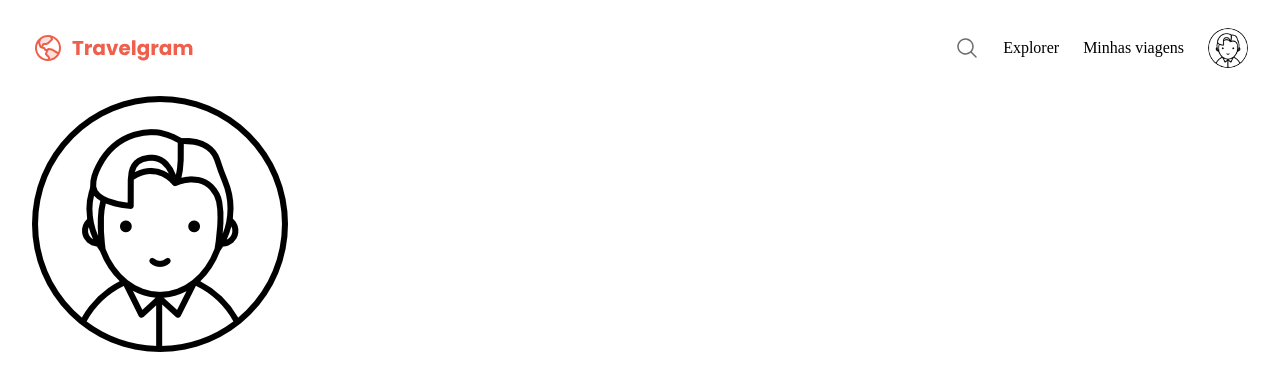
Repository: JeffRodFer/projeto-Travelgran-Rockeseat
Page: index.html
The author's editor kept a copy of each file at every save. The page is drawn from the files as they stood at one save, then again after the next save.
The browser window is 1280 px wide. The pictures show the whole page.

Above is the page before, as saved 2025-03-22 14:20:22.

After the next save:
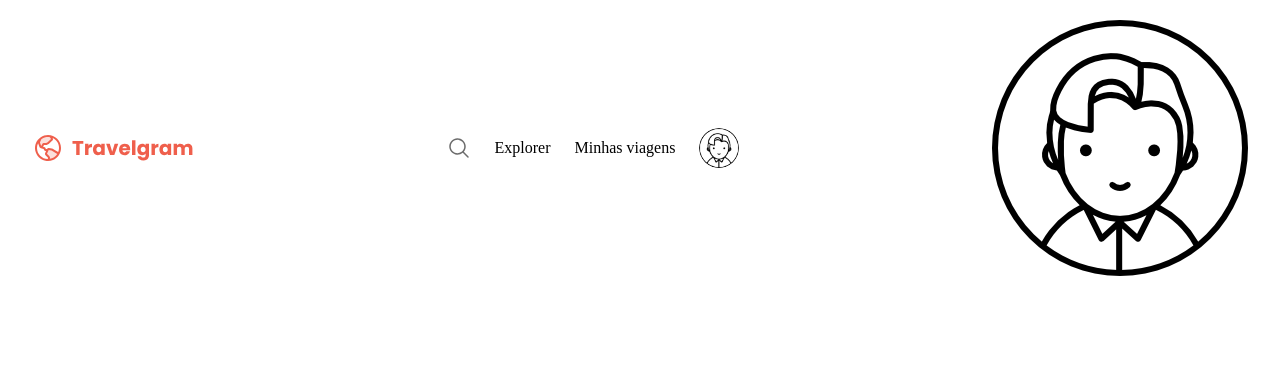
Saved 2 min 15 s later.
--- a/index.html
+++ b/index.html
@@ -31,14 +31,13 @@
                  </li>
              </ul
             </nav>
-        </div>
-        <header>
-            <div class="container">
+            <header>
                 <div id="profile">
                     <img src="assets/profi-pic-2.png" alt="imagem do boy">
                 </div>
-            </div>
-        </header>
+
+            </header>
+        </div>
 
     </body>
 
